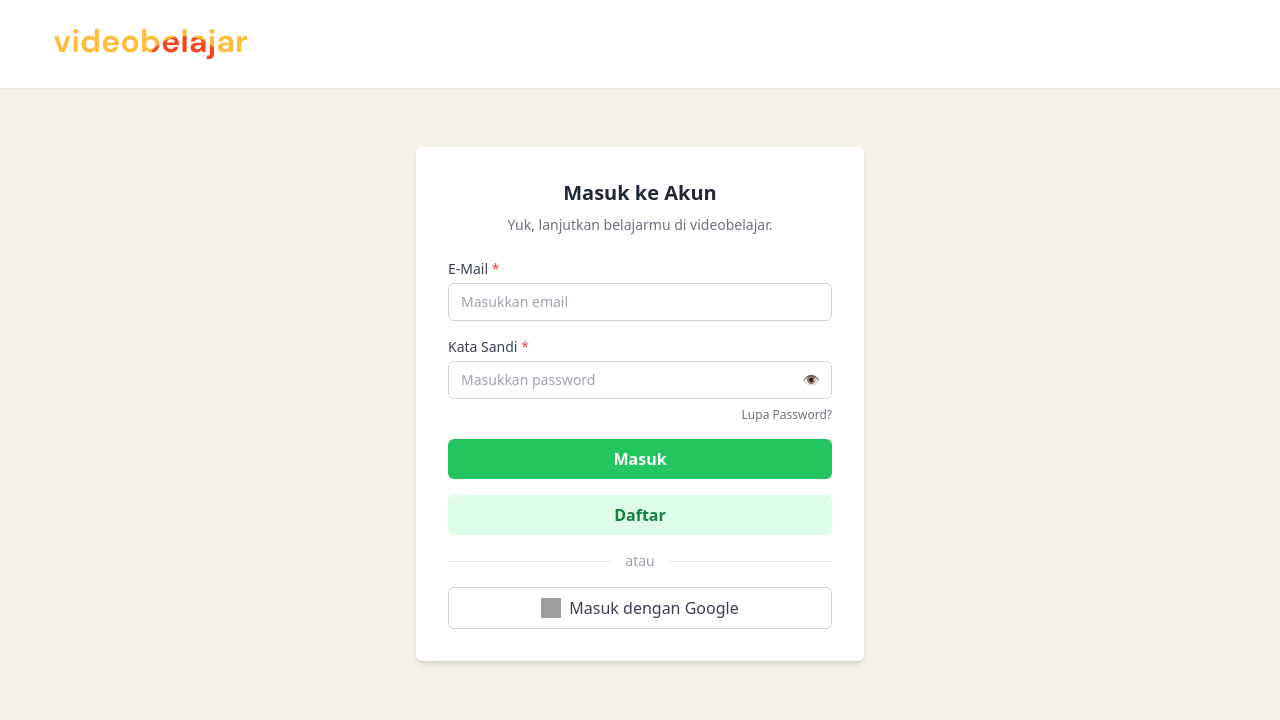
Repository: dimascahyanugraha/Course-Mission-4
Page: /
These files come from the project's save history. The page is drawn as it stood at one moment and after the next save; the edit follows.
The browser window is 1280 px wide. The pictures show the whole page.
Pictures or frames that could not be fetched are drawn as grey boxes. The project was rebuilt for these pictures with package versions that can differ from the ones it lists, and the page was loaded fresh each time. Also part of the build but not shown: vite.config.js.

Above is the page before, as saved 2026-05-20 15:03:58.

### index.html
<!doctype html>
<html lang="en">
  <head>
    <meta charset="UTF-8" />
    <link rel="icon" type="image/svg+xml" href="/favicon.svg" />
    <meta name="viewport" content="width=device-width, initial-scale=1.0" />
    <title>video-belajar</title>
  </head>
  <body>
    <div id="root"></div>
    <script type="module" src="/src/main.jsx"></script>
  </body>
</html>

### src/index.css
@tailwind base;
@tailwind components;
@tailwind utilities;

/* optional reset */
body {
  font-family: system-ui, sans-serif;
}

### src/App.jsx
import LoginPage from "./components/LoginPage";

function App() {
  return (
    <>
      {/* 2. PANGGIL komponennya di sini seperti tag HTML */}
      <LoginPage />
    </>
  );
}

export default App;

### src/components/LoginPage.jsx
import { useState } from "react";
import logoVideoBelajar from "../assets/logo_video_belajar.png";

export default function LoginPage() {
  const [showPassword, setShowPassword] = useState(false);

  return (
    <div className="min-h-screen bg-[#f6f2e9] flex flex-col">
      {/* HEADER */}
      <header className="bg-white py-4 px-8 shadow-sm">
        <img src={logoVideoBelajar} alt="logo-video-belajar" />
      </header>

      {/* MAIN CONTENT */}
      <main className="flex flex-auto justify-center items-center px-4">
        <div className="bg-white w-full max-w-md rounded-md shadow-md p-8">
          {/* TITLE */}
          <h2 className="text-xl font-bold text-gray-800 text-center">
            Masuk ke Akun
          </h2>

          <p className="text-gray-500 text-sm text-center mt-2">
            Yuk, lanjutkan belajarmu di videobelajar.
          </p>

          {/* FORM */}
          <form className="mt-6 space-y-4">
            {/* EMAIL */}
            <div>
              <label className="block text-sm font-medium text-gray-700">
                E-Mail <span className="text-red-500">*</span>
              </label>

              <input
                type="email"
                placeholder="Masukkan email"
                className="mt-1 w-full border border-gray-300 rounded-md px-3 py-2 text-sm focus:outline-none focus:ring-2 focus:ring-green-500"
              />
            </div>

            {/* PASSWORD */}
            <div>
              <label className="block text-sm font-medium text-gray-700">
                Kata Sandi <span className="text-red-500">*</span>
              </label>

              <div className="relative mt-1">
                <input
                  type={showPassword ? "text" : "password"}
                  placeholder="Masukkan password"
                  className="w-full border border-gray-300 rounded-md px-3 py-2 text-sm pr-10 focus:outline-none focus:ring-2 focus:ring-green-500"
                />

                <button
                  type="button"
                  onClick={() => setShowPassword(!showPassword)}
                  className="absolute right-3 top-1/2 -translate-y-1/2 text-gray-500 text-sm"
                >
                  {showPassword ? "🙈" : "👁️"}
                </button>
              </div>

              <div className="flex justify-end mt-2">
                <a href="#" className="text-xs text-gray-500 hover:underline">
                  Lupa Password?
                </a>
              </div>
            </div>

            {/* BUTTON MASUK */}
            <button
              type="submit"
              className="w-full bg-green-500 text-white font-semibold py-2 rounded-md hover:bg-green-600 transition"
            >
              Masuk
            </button>

            {/* BUTTON DAFTAR */}
            <button
              type="button"
              className="w-full bg-green-100 text-green-700 font-semibold py-2 rounded-md hover:bg-green-200 transition"
            >
              Daftar
            </button>

            {/* DIVIDER */}
            <div className="flex items-center gap-3 text-gray-400 text-sm">
              <hr className="flex-1 border-gray-200" />
              atau
              <hr className="flex-1 border-gray-200" />
            </div>

            {/* GOOGLE LOGIN */}
            <button
              type="button"
              className="w-full border border-gray-300 text-gray-700 font-medium py-2 rounded-md flex items-center justify-center gap-2 hover:bg-gray-50 transition"
            >
              <img
                src="https://www.svgrepo.com/show/475656/google-color.svg"
                alt="Google"
                className="w-5 h-5"
              />
              Masuk dengan Google
            </button>
          </form>
        </div>
      </main>
    </div>
  );
}

### tailwind.config.js
/** @type {import('tailwindcss').Config} */
export default {
  content: ["./indexedDB.html", "./src/**/*.{js,ts,jsx,tsx}"],
  theme: {
    extend: {},
  },
  plugins: [],
};

Loaded but not shown: src/main.jsx (common file)

After the next save:
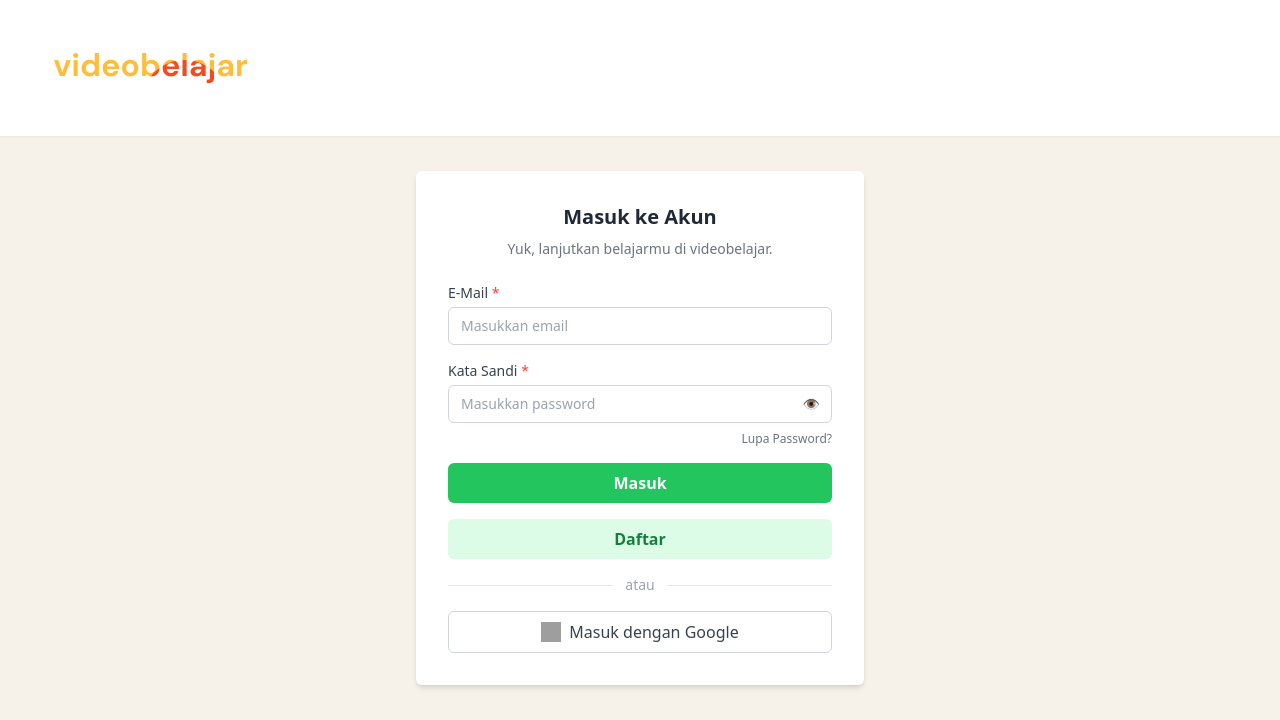
Saved 5 days later.
--- a/src/components/LoginPage.jsx
+++ b/src/components/LoginPage.jsx
@@ -7,7 +7,7 @@
   return (
     <div className="min-h-screen bg-[#f6f2e9] flex flex-col">
       {/* HEADER */}
-      <header className="bg-white py-4 px-8 shadow-sm">
+      <header className="bg-white py-10 px-8 shadow-sm">
         <img src={logoVideoBelajar} alt="logo-video-belajar" />
       </header>
 

After the save that followed:
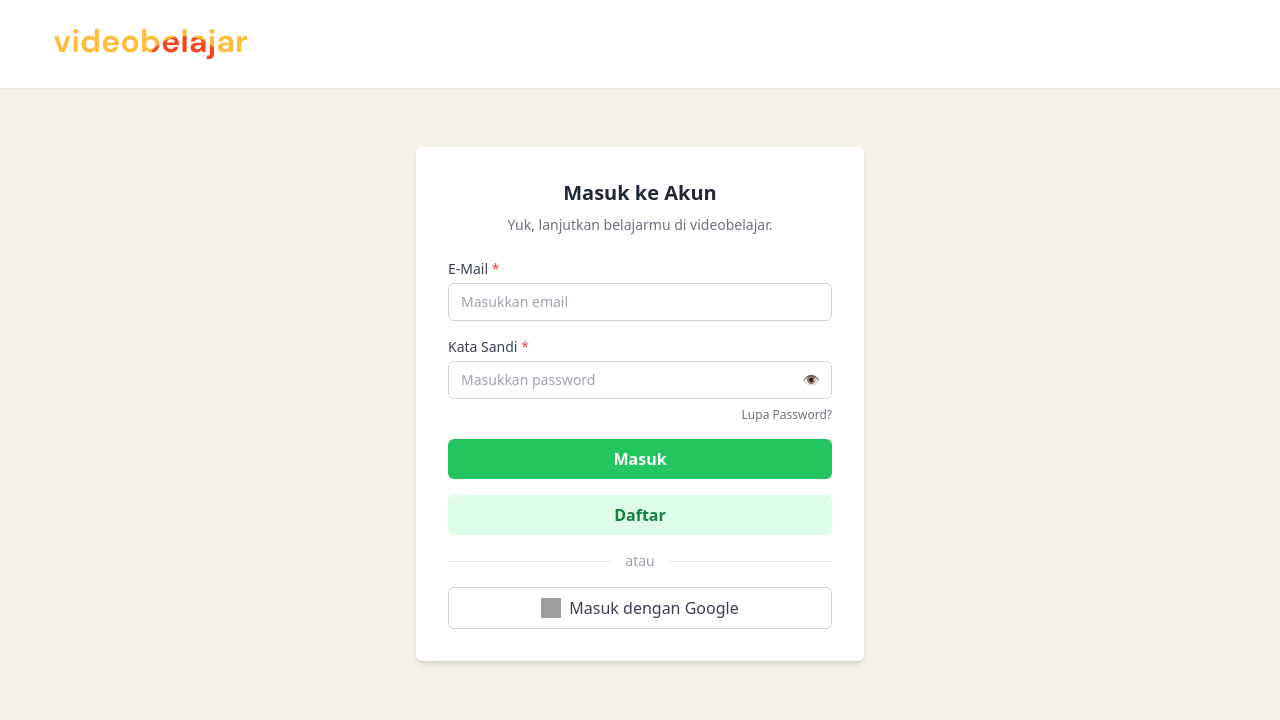
Saved 8 s later.
--- a/src/components/LoginPage.jsx
+++ b/src/components/LoginPage.jsx
@@ -7,7 +7,7 @@
   return (
     <div className="min-h-screen bg-[#f6f2e9] flex flex-col">
       {/* HEADER */}
-      <header className="bg-white py-10 px-8 shadow-sm">
+      <header className="bg-white py-4 px-8 shadow-sm">
         <img src={logoVideoBelajar} alt="logo-video-belajar" />
       </header>
 
